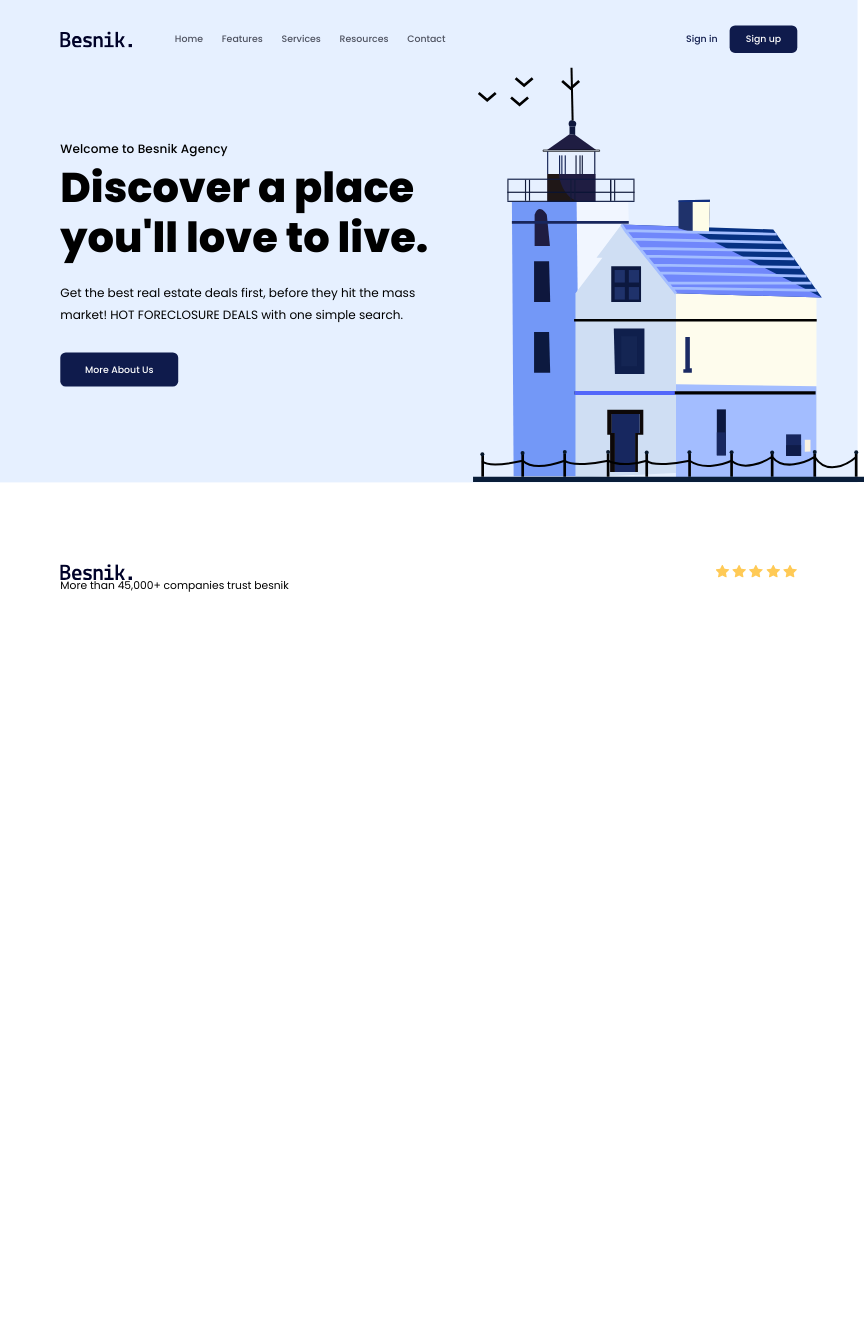
Repository: ducvui2003/f8-project-01
Page: index.html
The author's editor kept a copy of each file at every save. The page is drawn from the files as they stood at one save, then again after the next save.
The browser window is 1280 px wide. The page is 1290 px wide, so the pictures cover 1290 px, including what lies to the right of the window. The pictures show the whole page, at 67% of full size.

Above is the page before, as saved 2023-06-16 20:04:15.

After the next save:
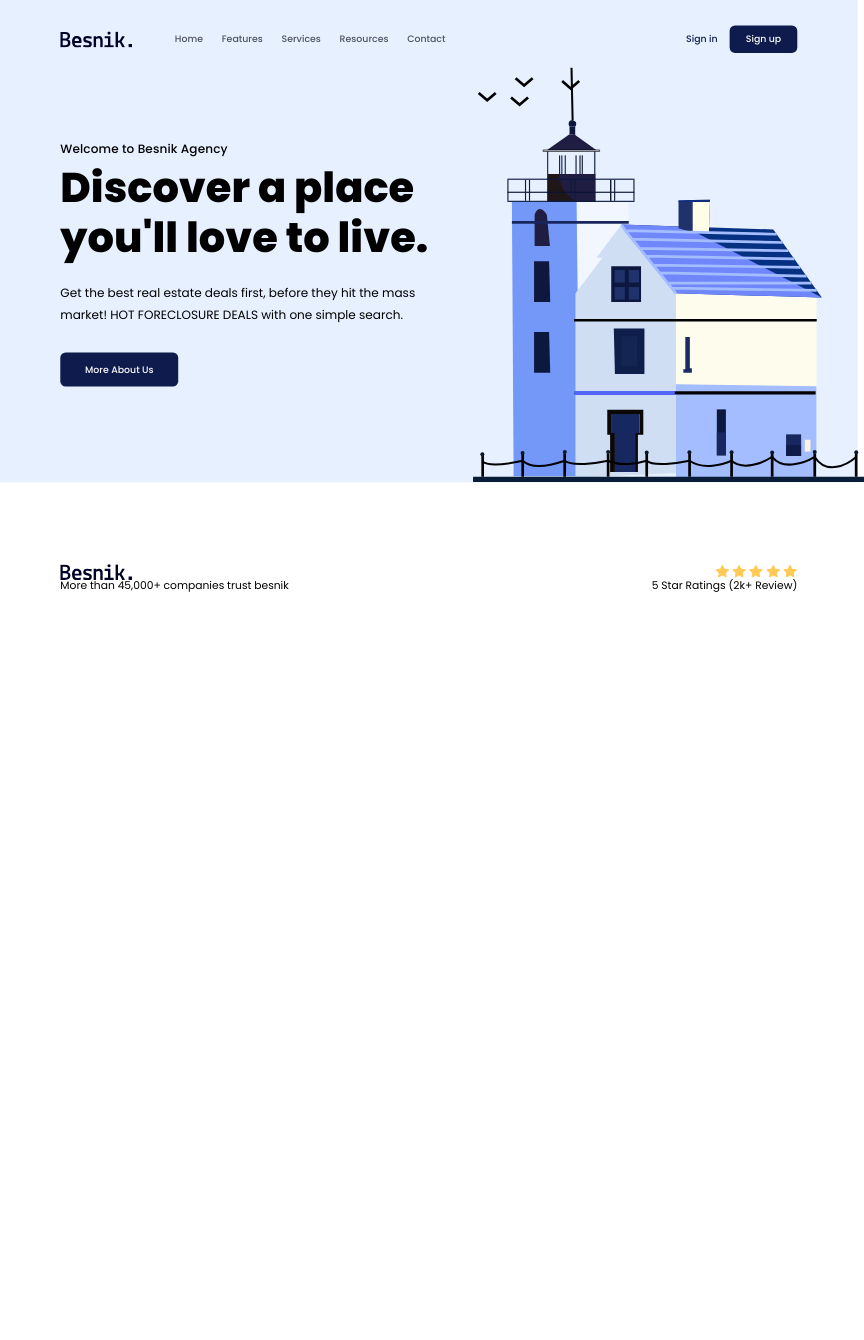
Saved 6 s later.
--- a/index.html
+++ b/index.html
@@ -68,6 +68,7 @@
                 </div>
                 <div class="row">
                     <p>More than 45,000+ companies trust besnik</p>
+                    <p>5 Star Ratings (2k+ Review)</p>
                 </div>
             </div>
         </div>
